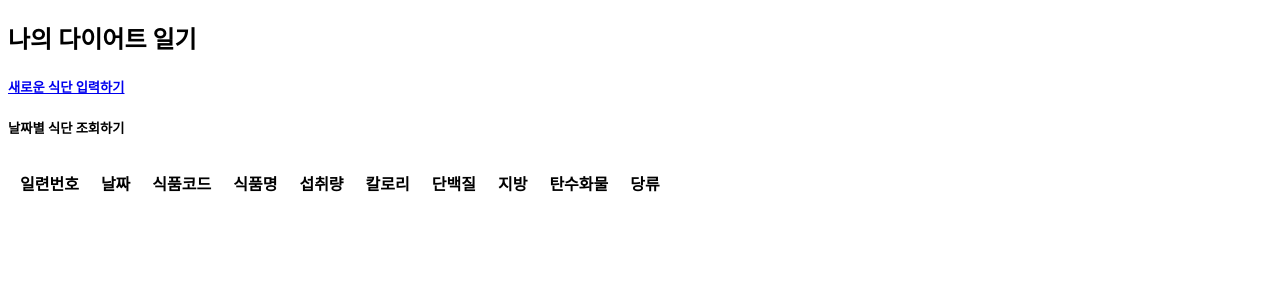
Repository: dkdud8140/OneDayProject_server
Page: http://localhost/Oneday_Server_food/WEB-INF/view/selectall.jsp
The author's editor kept a copy of each file at every save. The page is drawn from the files as they stood at one save, then again after the next save.
The browser window is 1280 px wide. The pictures show the whole page.
The page is served by Tomcat 9. Nobody is signed in. The template is opened directly, without the code that normally fills it, so the values that code supplies are empty.

Above is the page before, as saved 2021-05-10 07:42:58.

After the next save:
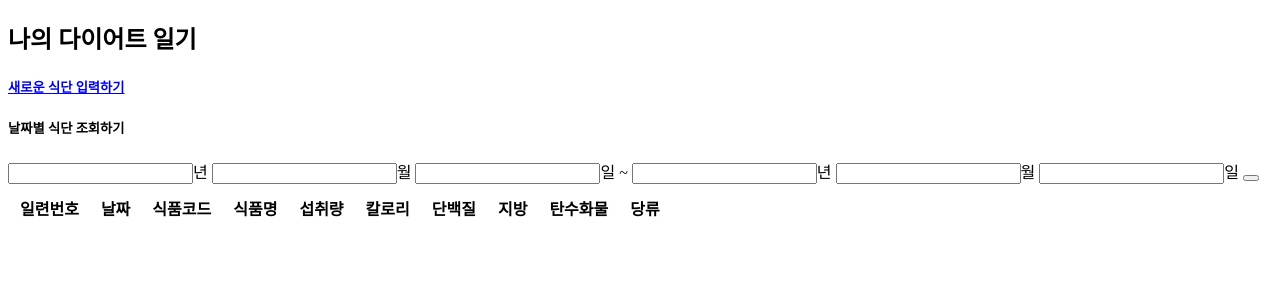
Saved 98 s later.
--- a/Oneday_Server_food/src/main/webapp/WEB-INF/view/selectall.jsp
+++ b/Oneday_Server_food/src/main/webapp/WEB-INF/view/selectall.jsp
@@ -19,9 +19,11 @@
 	<h5><a href = "/diet/insert/selectName">새로운 식단 입력하기</a></h5>
 
 	<h5>날짜별 식단 조회하기</h5>
-
-
-
+	<form action ="">
+	<input name ="sYear">년 <input name ="sMonth">월 <input name ="sDay">일 ~
+	<input name ="lYear">년 <input name ="lMonth">월 <input name ="lDay">일
+	<button></button>
+	</form>
 
 
 
